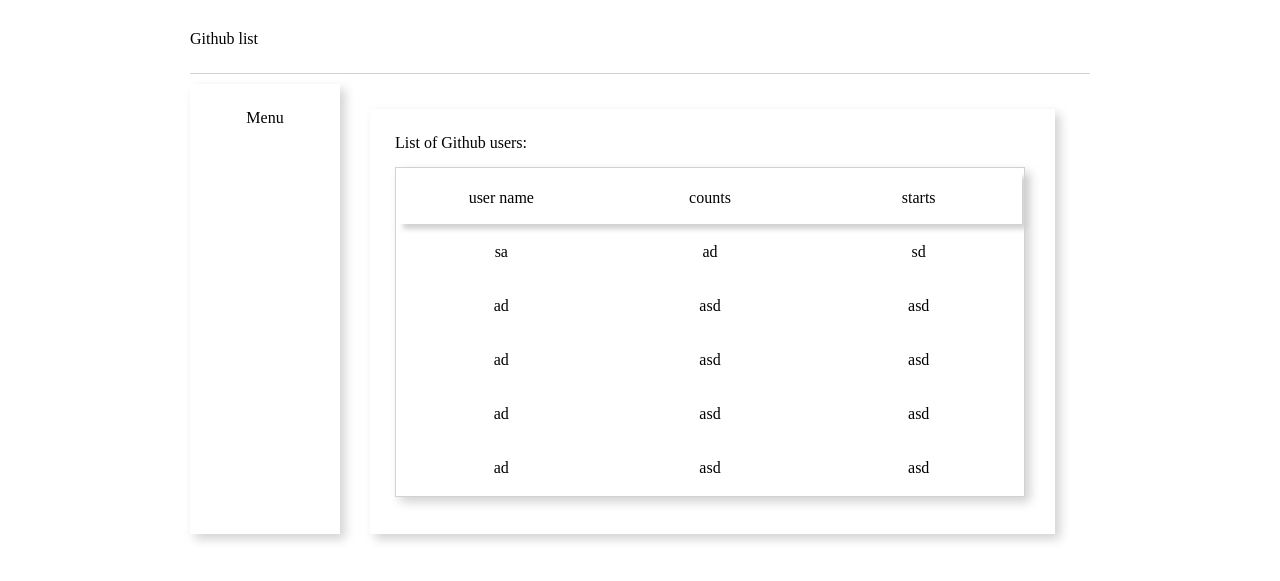
Repository: SzymonRoche/gitStars
Page: index.html
An editor plug-in stored every save of this project. The page is shown before and after a run of saves, followed by the edit.
The browser window is 1280 px wide. The pictures show the whole page.

Above is the page before, as saved 2020-02-15 18:32:47.
Console error: TypeError: Assignment to constant variable.

After the next 6 saves:
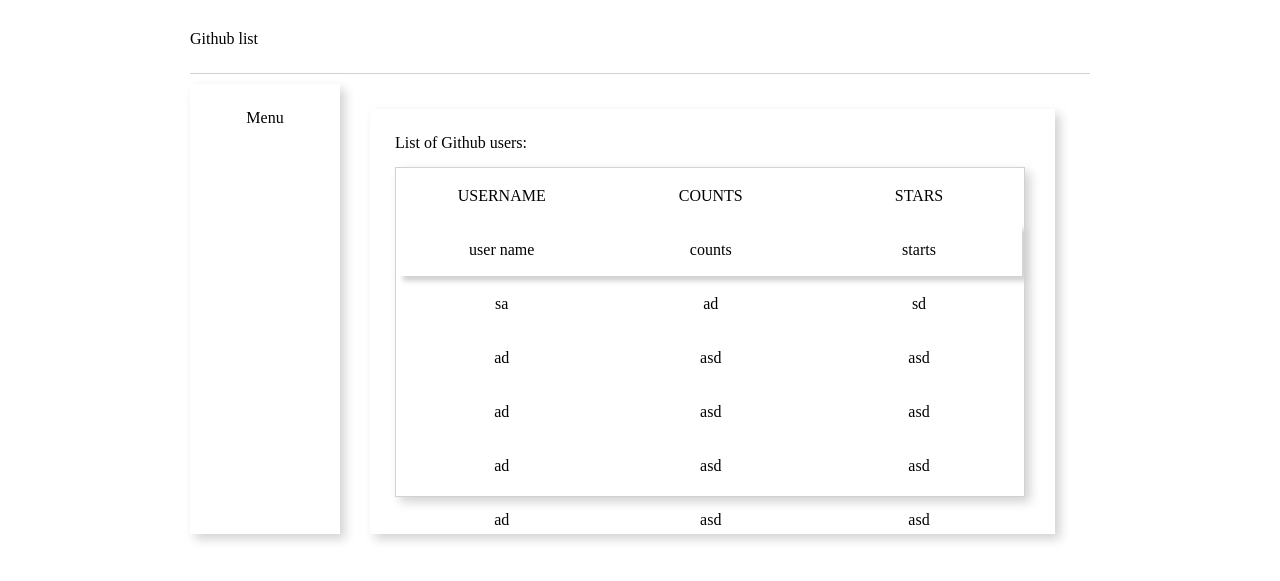
The error is gone.
The 6 saves are shown as one change because they came seconds apart.
The last was saved 32 s later.
--- a/main.js
+++ b/main.js
@@ -3,12 +3,12 @@ import tabela from "./tabele.js";
 
 function CreateTabele(nr) {
 
-     const tab = document.querySelector(".my-table");
-     tabela = tab.insertRow(nr);
+    const tab = document.querySelector(".my-table");
+    const tabela = tab.insertRow(nr);
 
-     topLeft = tabela.insertCell(0);
-     topMiddle = tabela.insertCell(1);
-     TopRight = tabela.insertCell(2);
+    const topLeft = tabela.insertCell(0);
+    const topMiddle = tabela.insertCell(1);
+    const TopRight = tabela.insertCell(2);
 
     topLeft.innerHTML = "USERNAME"
     topMiddle.innerHTML = "COUNTS"
@@ -18,7 +18,6 @@ function CreateTabele(nr) {
 };
 
 CreateTabele(0);
-CreateTabele(1);
 
 
 console.log(tabela);
